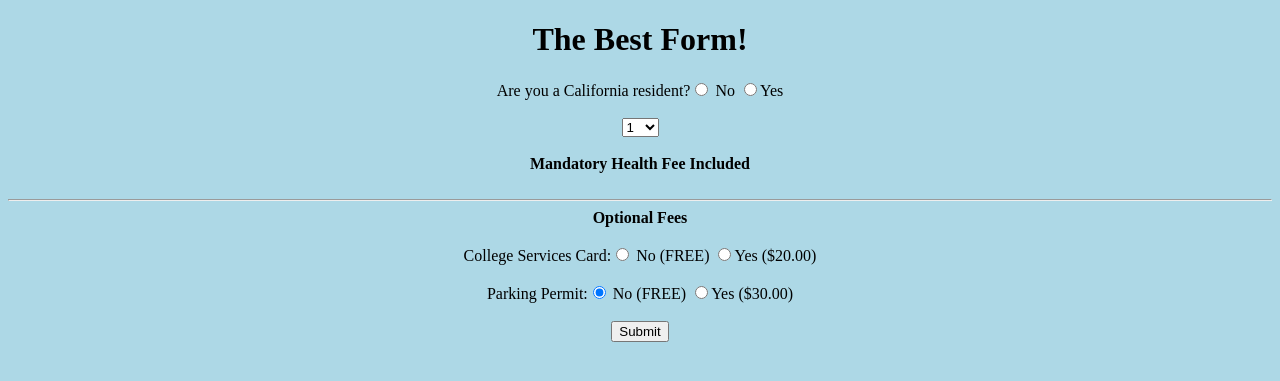
Repository: jedeyejed00/TheGameShaq
Page: HomeWork3/StudentForm.html
The author's editor kept a record of every edit. The page is drawn from the files as they stood at one moment, then again after the next edit.
The browser window is 1280 px wide. The pictures show the whole page.

Above is the page before.

After the next edit:
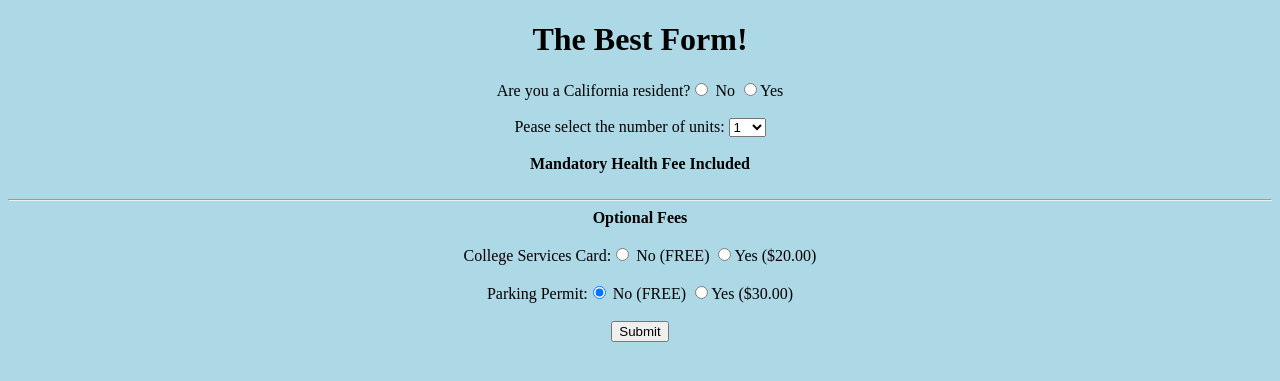
The edit:
--- a/HomeWork3/StudentForm.html
+++ b/HomeWork3/StudentForm.html
@@ -18,9 +18,9 @@
 Are you a California resident?<input type="radio" name="resident" value="no" checked> No
 <input type="radio" name="resident" value="yes">Yes<br><br>
 
-
-<select name="units">Pease select the number of units:
-  xxx<option value="1">1</option><option value="2">2</option><option value="3">3</option><option value="4">4</option>
+Pease select the number of units:
+<select name="units">
+  <option value="1">1</option><option value="2">2</option><option value="3">3</option><option value="4">4</option>
   <option value="5">5</option><option value="6">6</option><option value="7">7</option><option value="8">8</option>
   <option value="9">9</option><option value="10">10</option><option value="11">11</option><option value="12">12</option>
   <option value="13">13</option><option value="14">14</option><option value="15">15</option><option value="16">16</option>
